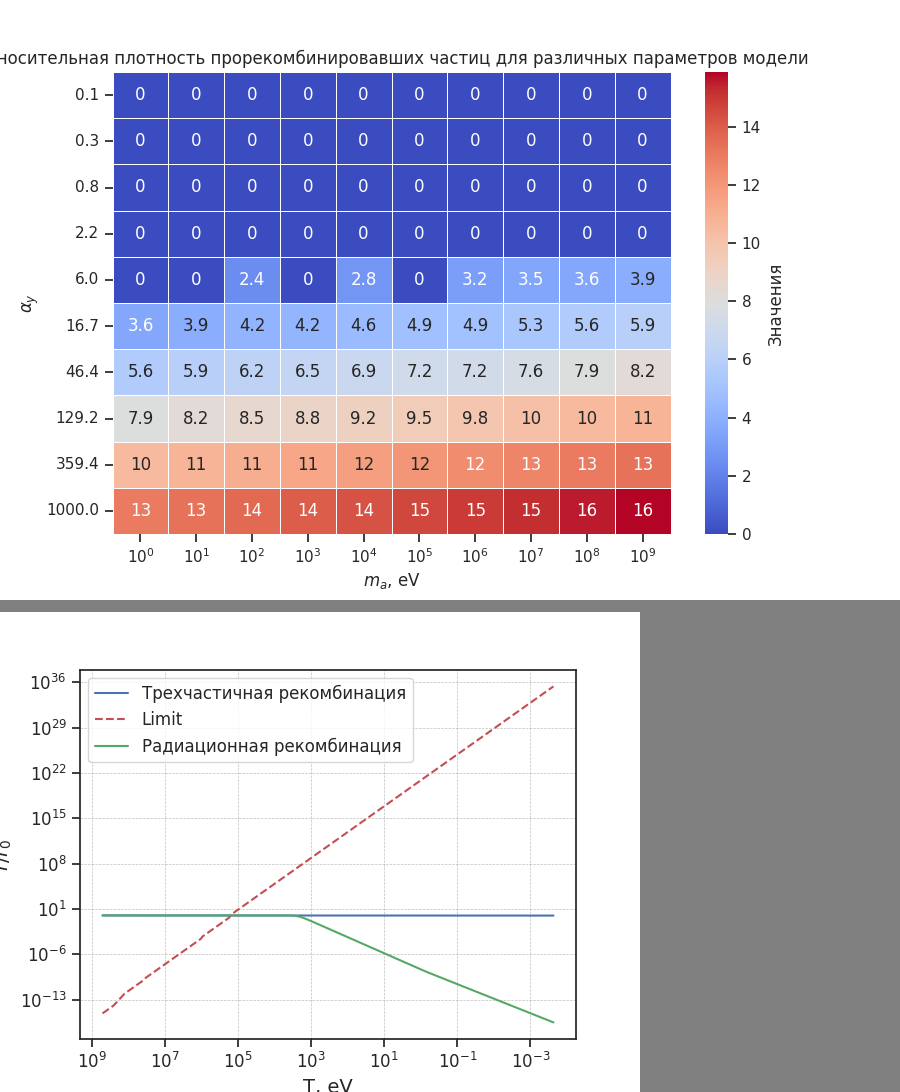
Repository: impermast/recombination
Script's output: python raschet/rec.py
An editor plug-in stored every save of this project. The script's output is shown before and after the next save, followed by the edit.
Each picture stacks the figures in order, with grey between them; figures that are only written to a file come last. Random numbers start from a fixed seed.

Above is the script's output before, as saved 2023-05-13 22:14:08.

After the next save:
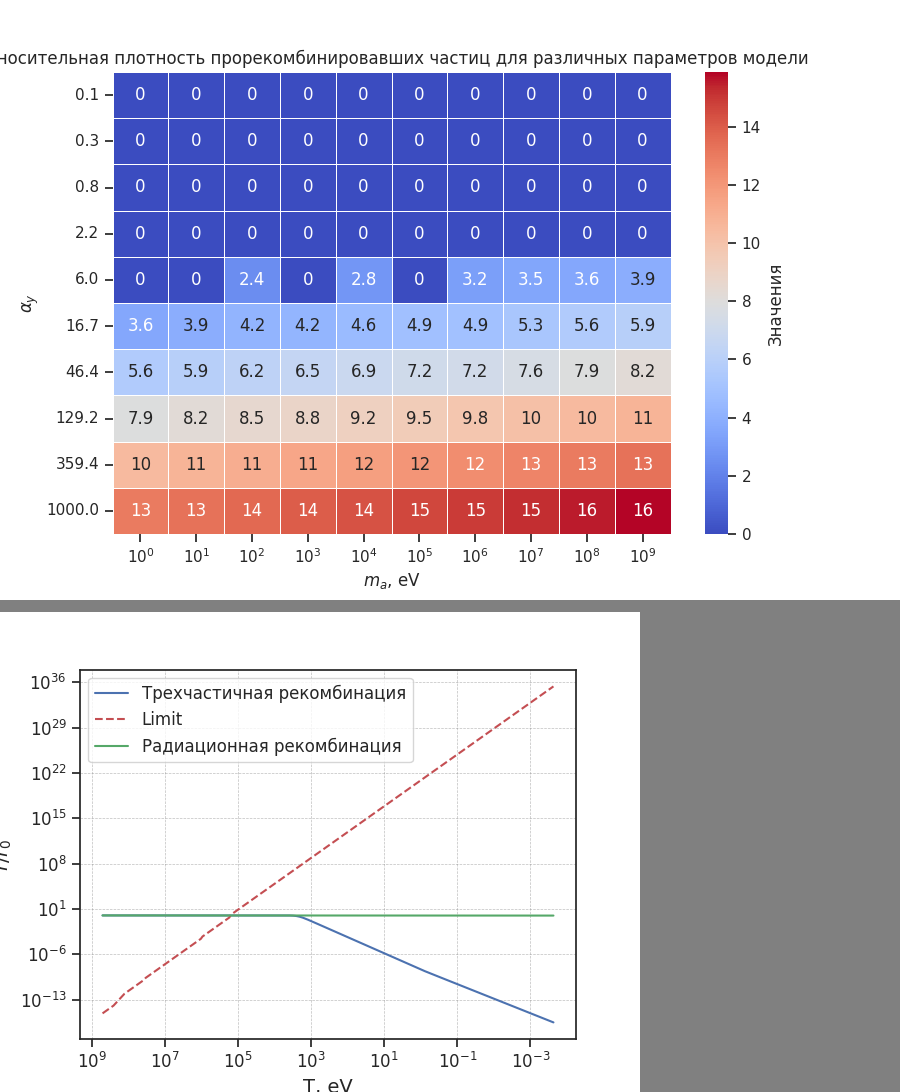
Saved 45 s later.
--- a/raschet/rec.py
+++ b/raschet/rec.py
@@ -218,5 +218,5 @@ def main():
     print(df)
 
     [T,rk,r3,rcl,rlim] = calc(alpha,ma,mb)
-    graph(T,rk,r3,rlim)
+    graph(T,r3,rk,rlim)
 main()
